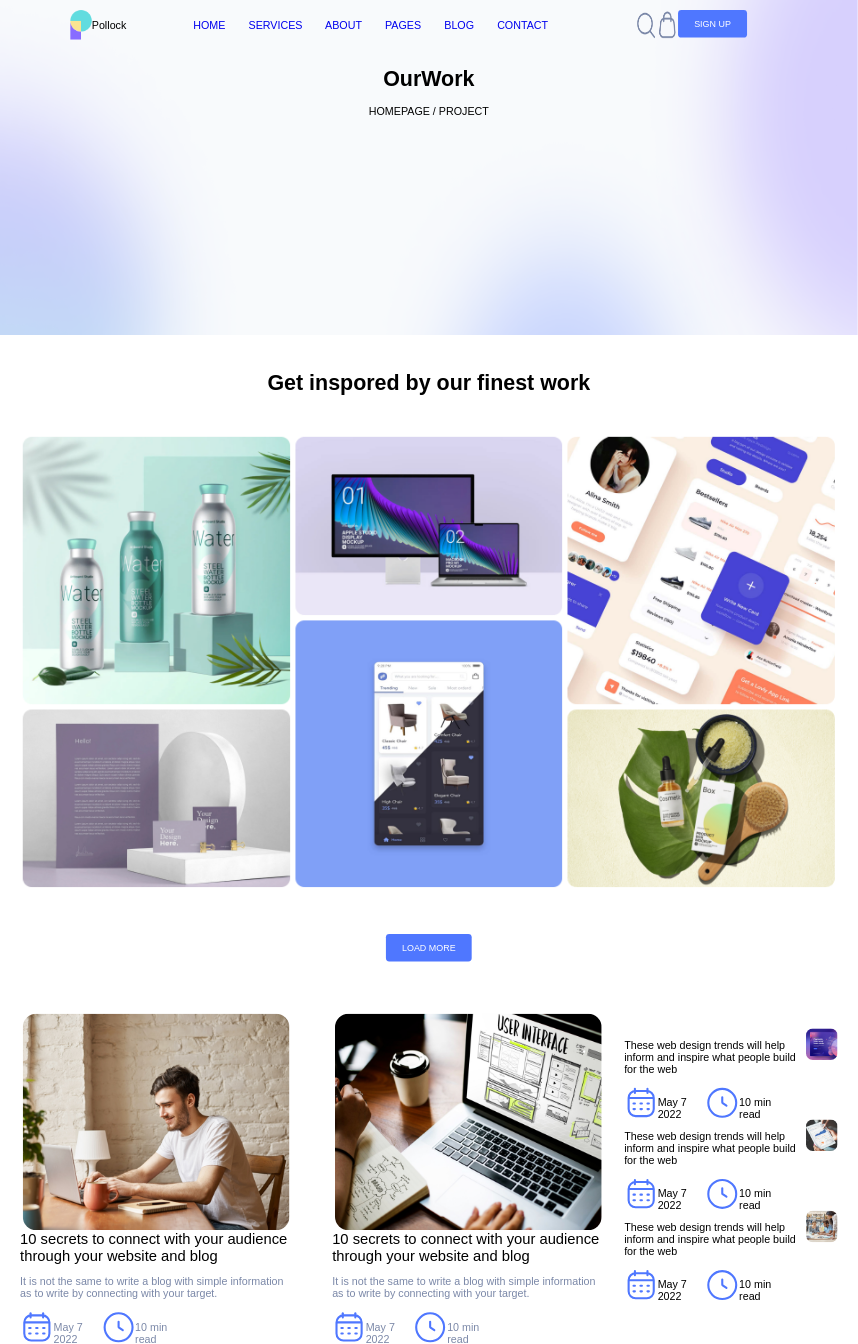
Repository: Nam936/exercises
Page: demo.html
These files come from the project's save history. The page is drawn as it stood at one moment and after the next save; the edit follows.
The browser window is 1280 px wide. The pictures show the whole page, at 67% of full size.

Above is the page before, as saved 2023-01-06 16:43:22.

After the next save:
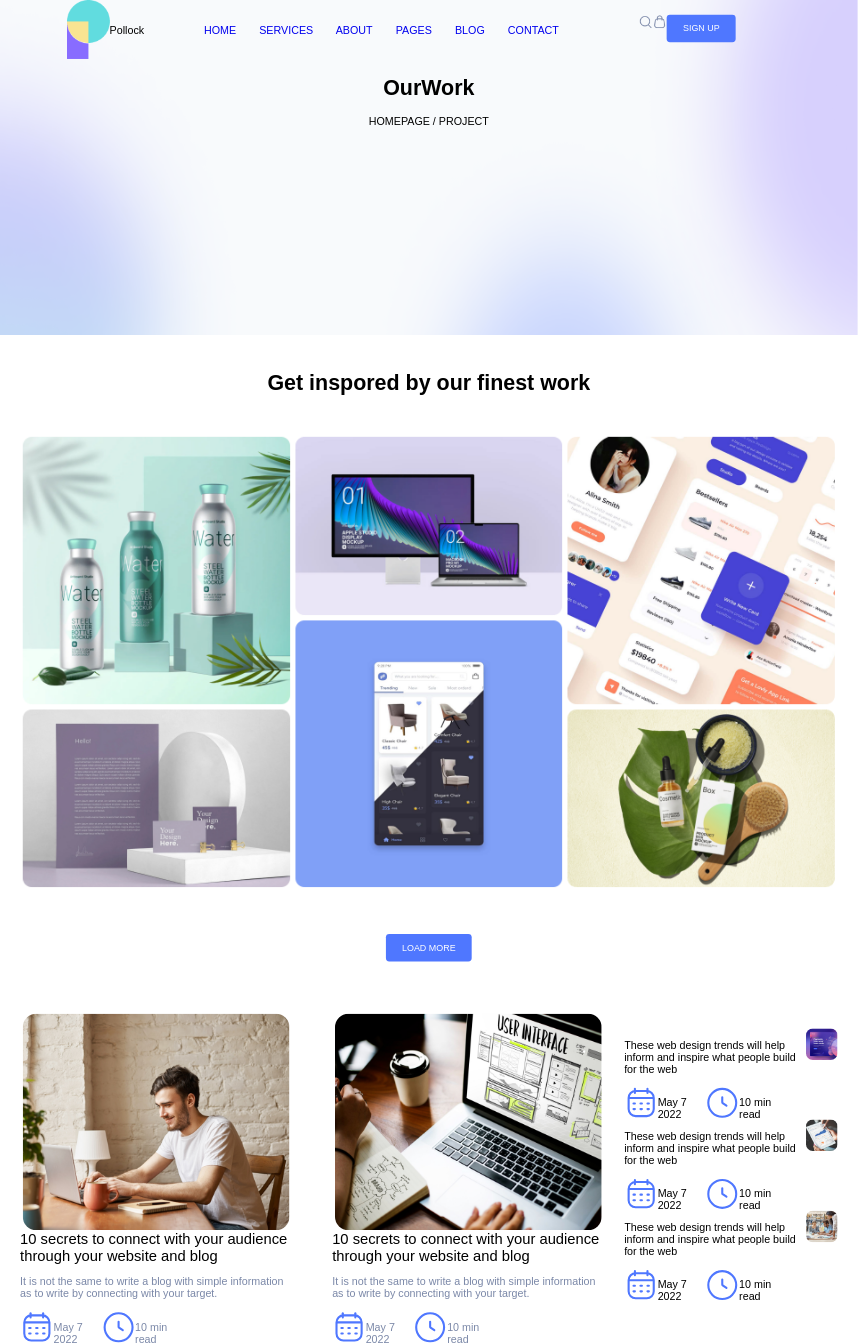
Saved 18 s later.
--- a/style2.css
+++ b/style2.css
@@ -104,10 +104,6 @@ button {
   align-items: center;
 }
 
-.menu-header img {
-  width: 32px;
-  height: 44px;
-}
 
 .logo-header{
   display: flex;
